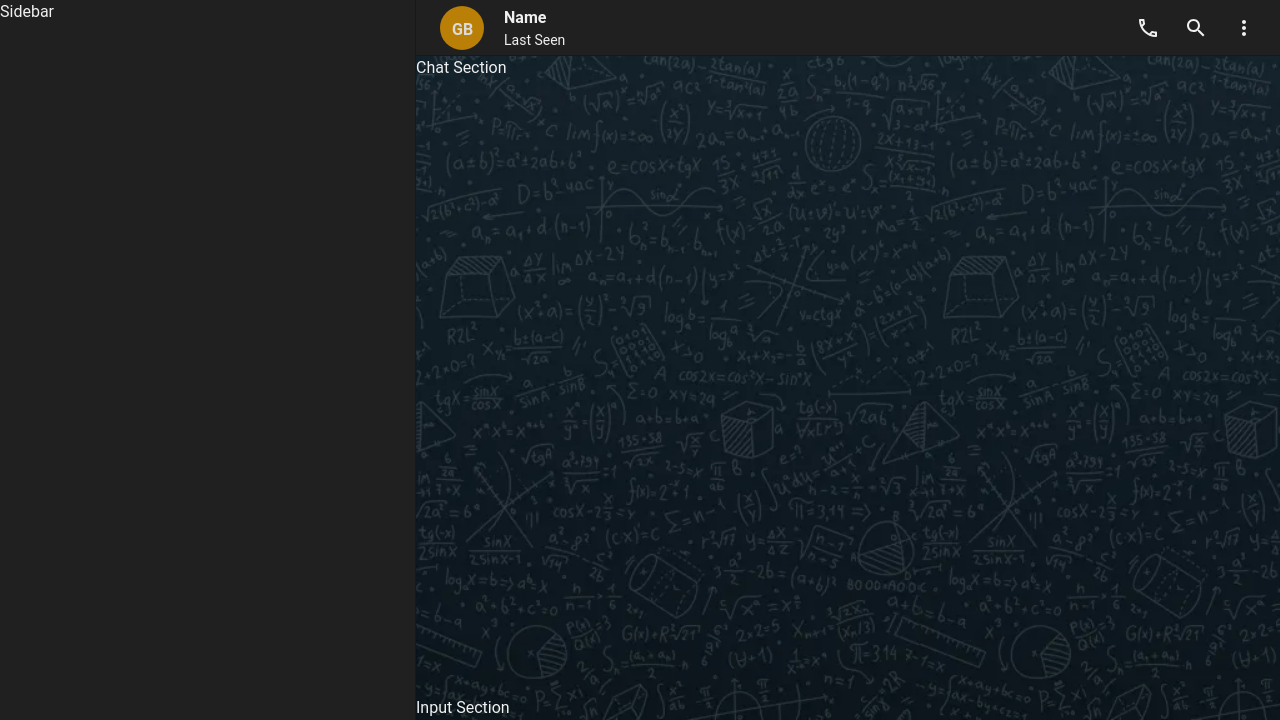
Repository: Qu4ntumGuy/telegram-clone
Page: /
These files come from the project's save history. The page is drawn as it stood at one moment and after the next save; the edit follows.
The browser window is 1280 px wide. The pictures show the whole page.
The project was rebuilt for these pictures with package versions that can differ from the ones it lists, and the page was loaded fresh each time. Also part of the build but not shown: src/Utils/ContextProvider.js, src/Pages/ChatPage.js/ChatPage.js.

Above is the page before, as saved 2024-07-15 12:13:27.

After the next save:
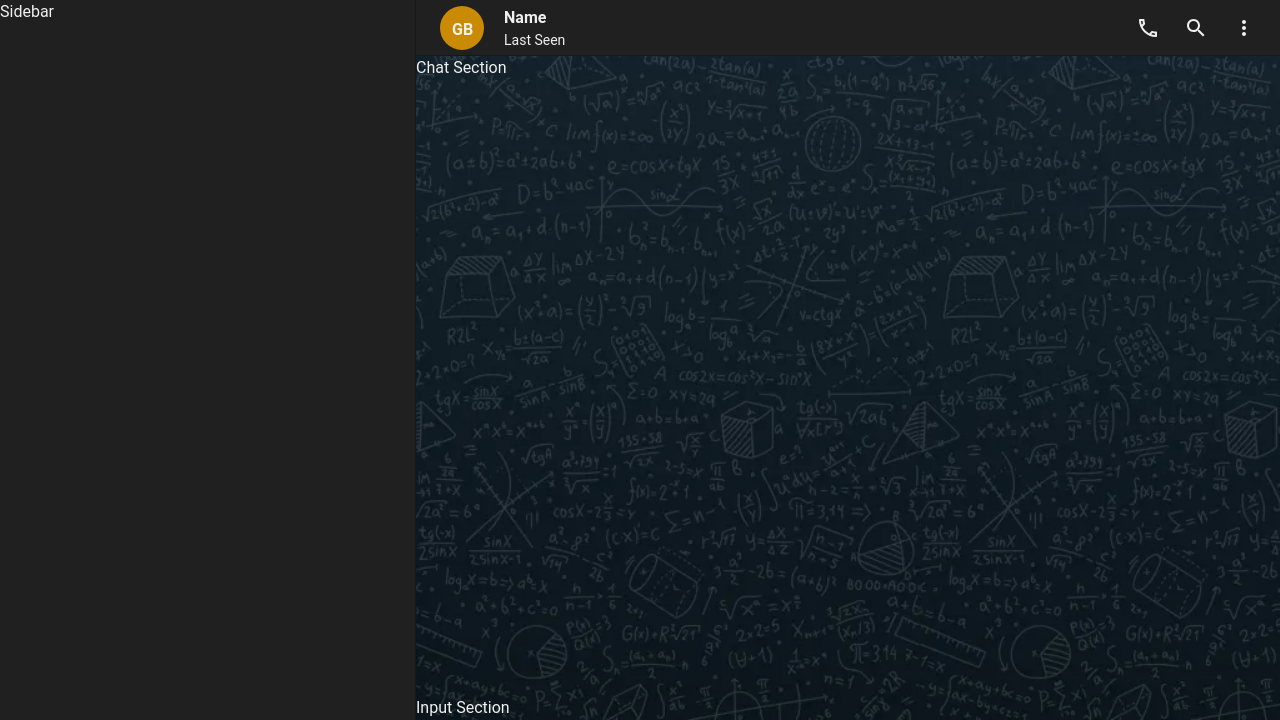
Saved 5 s later.
--- a/src/Components/Topbar.js
+++ b/src/Components/Topbar.js
@@ -7,7 +7,7 @@ function Topbar() {
   return (
     <div className="flex px-6 h-14">
       <div className="flex-1 flex items-center">
-        <div className="bg-yellow-600 opacity-90 p-3 rounded-full h-11 w-11 text-center align-middle font-bold">
+        <div className="bg-yellow-600 p-3 rounded-full h-11 w-11 text-center align-middle font-bold">
           GB
         </div>
         <div className="flex flex-col pl-5 w-full">
